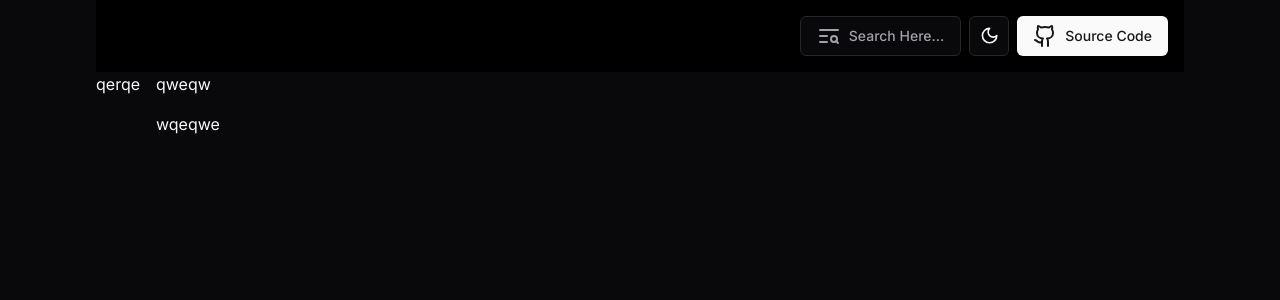
Repository: Young-Dev001/weather-app
Page: /
The author's editor kept a copy of each file at every save. The page is drawn from the files as they stood at one save, then again after the next save.
The browser window is 1280 px wide. The pictures show the whole page.
The page's requests for data from a server got no answer. The project was rebuilt for these pictures with package versions that can differ from the ones it lists, and the page was loaded fresh each time. The framework's server and built-in components were replaced by stand-ins that run in the browser. No one was signed in, and anything a server would have sent is missing. Also part of the build but not shown: next.config.mjs, components/ui/command.tsx.

Above is the page before, as saved 2024-06-10 01:39:23.

### app/layout.tsx
import type { Metadata } from "next";
import "./globals.css";
import { Inter as FontSans } from "next/font/google";
import { ThemeProvider } from "@/providers/theme-provider";

// Assign the font loader to a constant
const inter = FontSans({
  subsets: ["latin"],
  variable: "--font-sans",
});

export const metadata: Metadata = {
  title: "Weather App",
  description: "Generated by create next app",
};

export default function RootLayout({
  children,
}: Readonly<{
  children: React.ReactNode;
}>) {
  return (
    <html lang="en">
      <body className={inter.className}>
        <ThemeProvider
          attribute="class"
          defaultTheme="dark"
          enableSystem
          disableTransitionOnChange
        >
          {children}
        </ThemeProvider>
      </body>
    </html>
  );
}

### app/page.tsx
import Navbar from "@/components/Navbar";
import Image from "next/image";

export default function Home() {
  return (
    <main className="mx-[0rem] lg:mx-[2rem] xl:mx-[6rem] 2xl:mx-[16rem] m-auto">
        <Navbar />
        <div className="pb-4 flex flex-col gap-4 md:flex-row">qerqe
        <div className="flex flex-col gap-4 w-full min-w-[18rem md:w-[35rem]">qweqw
          <div className="flex flex-col">wqeqwe

          </div>
        </div>
        </div>
    </main>
  );
}

### app/globals.css
@tailwind base;
  @tailwind components;
  @tailwind utilities;


  @layer base {
    :root {
      --background: 0 0% 100%;
      --foreground: 240 10% 3.9%;
      --card: 0 0% 100%;
      --card-foreground: 240 10% 3.9%;
      --popover: 0 0% 100%;
      --popover-foreground: 240 10% 3.9%;
      --primary: 240 5.9% 10%;
      --primary-foreground: 0 0% 98%;
      --secondary: 240 4.8% 95.9%;
      --secondary-foreground: 240 5.9% 10%;
      --muted: 240 4.8% 95.9%;
      --muted-foreground: 240 3.8% 46.1%;
      --accent: 240 4.8% 95.9%;
      --accent-foreground: 240 5.9% 10%;
      --destructive: 0 84.2% 60.2%;
      --destructive-foreground: 0 0% 98%;
      --border: 240 5.9% 90%;
      --input: 240 5.9% 90%;
      --ring: 240 5.9% 10%;
      --radius: 0.5rem;
    }

    .dark {
      --background: 240 10% 3.9%;
      --foreground: 0 0% 98%;
      --card: 240 10% 3.9%;
      --card-foreground: 0 0% 98%;
      --popover: 240 10% 3.9%;
      --popover-foreground: 0 0% 98%;
      --primary: 0 0% 98%;
      --primary-foreground: 240 5.9% 10%;
      --secondary: 240 3.7% 15.9%;
      --secondary-foreground: 0 0% 98%;
      --muted: 240 3.7% 15.9%;
      --muted-foreground: 240 5% 64.9%;
      --accent: 240 3.7% 15.9%;
      --accent-foreground: 0 0% 98%;
      --destructive: 0 62.8% 30.6%;
      --destructive-foreground: 0 0% 98%;
      --border: 240 3.7% 15.9%;
      --input: 240 3.7% 15.9%;
      --ring: 240 4.9% 83.9%;
    }
  }


  @layer base {
    * {
      @apply border-border;
    }
    body {
      @apply bg-background text-foreground;
    }
  }

### providers/theme-provider.tsx
"use client"

import * as React from "react"
import { ThemeProvider as NextThemesProvider } from "next-themes"
import { type ThemeProviderProps } from "next-themes/dist/types"
import { GlobalContextProvider } from "@/app/context/globalContext"

export function ThemeProvider({ children, ...props }: ThemeProviderProps) {
  return (
    <NextThemesProvider {...props}>
    <GlobalContextProvider>{children}</GlobalContextProvider>
  </NextThemesProvider>
  );
}

### components/Navbar.tsx
"use client";

import React from 'react';
import { useRouter } from 'next/navigation';
import { github } from '@/app/utils/icons';
import { Button } from './ui/button';
import ThemeDropDown from './ThemeDropDown';
import SearchDialog from './SearchDialog';
import { useGlobalContext } from '@/app/context/globalContext';

function Navbar() {
  const router = useRouter();
  const contextState = useGlobalContext();
  console.log(contextState);

  return (
    <div className="bg-white border-gray-200 dark:bg-black flex items-center justify-between p-4">
      <div className="left">
        {/* Optionally add content here */}
      </div>
      <div className="search-container flex gap-2 ml-auto items-center">
        <SearchDialog />
        <div className="btn-group flex items-center gap-2">
          <ThemeDropDown />
          <Button
            type="button"
            className="source-code flex items-center gap-2"
            onClick={() => router.push("/github")}
          >
            {github} Source Code
          </Button>
        </div>
      </div>
    </div>
  );
}

export default Navbar;

### app/context/globalContext.js
"use client";

import axios from "axios";
import React, { useContext, createContext, useState, useEffect } from "react";

const GlobalContext = createContext();
const GlobalContextUpdate = createContext();

export const GlobalContextProvider = ({ children }) => {
    const [forecast, setForecast] = useState({});

    const fetchForecast = async () => {
        try {
            const res = await axios.get("api/weather");

            setForecast(res.data);

        } catch (error) {
            console.log("Error fetching forecast data: ", error.message);
        }
    };

    useEffect(() => {
        fetchForecast();
    }, []);

    return (
        <GlobalContext.Provider value={{ forecast }}>
            <GlobalContextUpdate.Provider>{children}</GlobalContextUpdate.Provider>
        </GlobalContext.Provider>
    );
};

export const useGlobalContext = () => useContext(GlobalContext);

export const useGlobalContextUpdate = () => useContext(GlobalContextUpdate);

### app/utils/icons.tsx
import { Github, Sun } from "lucide-react";





export const github = <Github />;
export const sun = <Sun />

### components/ui/button.tsx
import * as React from "react"
import { Slot } from "@radix-ui/react-slot"
import { cva, type VariantProps } from "class-variance-authority"

import { cn } from "@/lib/utils"

const buttonVariants = cva(
  "inline-flex items-center justify-center whitespace-nowrap rounded-md text-sm font-medium ring-offset-background transition-colors focus-visible:outline-none focus-visible:ring-2 focus-visible:ring-ring focus-visible:ring-offset-2 disabled:pointer-events-none disabled:opacity-50",
  {
    variants: {
      variant: {
        default: "bg-primary text-primary-foreground hover:bg-primary/90",
        destructive:
          "bg-destructive text-destructive-foreground hover:bg-destructive/90",
        outline:
          "border border-input bg-background hover:bg-accent hover:text-accent-foreground",
        secondary:
          "bg-secondary text-secondary-foreground hover:bg-secondary/80",
        ghost: "hover:bg-accent hover:text-accent-foreground",
        link: "text-primary underline-offset-4 hover:underline",
      },
      size: {
        default: "h-10 px-4 py-2",
        sm: "h-9 rounded-md px-3",
        lg: "h-11 rounded-md px-8",
        icon: "h-10 w-10",
      },
    },
    defaultVariants: {
      variant: "default",
      size: "default",
    },
  }
)

export interface ButtonProps
  extends React.ButtonHTMLAttributes<HTMLButtonElement>,
    VariantProps<typeof buttonVariants> {
  asChild?: boolean
}

const Button = React.forwardRef<HTMLButtonElement, ButtonProps>(
  ({ className, variant, size, asChild = false, ...props }, ref) => {
    const Comp = asChild ? Slot : "button"
    return (
      <Comp
        className={cn(buttonVariants({ variant, size, className }))}
        ref={ref}
        {...props}
      />
    )
  }
)
Button.displayName = "Button"

export { Button, buttonVariants }

### components/ThemeDropDown.tsx
"use client"

import * as React from "react"
import { Moon, Sun } from "lucide-react"
import { useTheme } from "next-themes"

import { Button } from "@/components/ui/button"
import {
  DropdownMenu,
  DropdownMenuContent,
  DropdownMenuItem,
  DropdownMenuTrigger,
} from "@/components/ui/dropdown-menu"


function ThemeDropDown() {
    const { setTheme } = useTheme()
  return (
    <DropdownMenu>
      <DropdownMenuTrigger asChild>
        <Button variant="outline" size="icon">
          <Sun className="h-[1.2rem] w-[1.2rem] rotate-0 scale-100 transition-all dark:-rotate-90 dark:scale-0" />
          <Moon className="absolute h-[1.2rem] w-[1.2rem] rotate-90 scale-0 transition-all dark:rotate-0 dark:scale-100" />
          <span className="sr-only">Toggle theme</span>
        </Button>
      </DropdownMenuTrigger>
      <DropdownMenuContent align="end">
        <DropdownMenuItem onClick={() => setTheme("light")}>
          Light
        </DropdownMenuItem>
        <DropdownMenuItem onClick={() => setTheme("dark")}>
          Dark
        </DropdownMenuItem>
        <DropdownMenuItem onClick={() => setTheme("system")}>
          System
        </DropdownMenuItem>
      </DropdownMenuContent>
    </DropdownMenu>
  )
}

export default ThemeDropDown

### components/SearchDialog.tsx
import {
    Dialog,
    DialogContent,
    DialogDescription,
    DialogHeader,
    DialogTitle,
    DialogTrigger,
  } from "@/components/ui/dialog"

  import {
    Command,
    CommandDialog,
    CommandEmpty,
    CommandGroup,
    CommandInput,
    CommandItem,
    CommandList,
    CommandSeparator,
    CommandShortcut,
  } from "@/components/ui/command"
import { Button } from "./ui/button"
import { TextSearch } from "lucide-react"




function SearchDialog() {
  return (
<Dialog>
  <DialogTrigger asChild>
  <Button
          variant="outline"
          className="border inline-flex items-center justify-center text-sm font-medium ease-in-out duration-200 hover:bg-slate-100 dark:hover:bg-[#0b0b0b]"
        >
          <TextSearch className="mr-2 text-muted-foreground" />  {/* Add the search icon */}
          <p className="text-sm text-muted-foreground">Search Here...</p>
        </Button>

  </DialogTrigger>
  <DialogContent className="p-0">
    <Command>
    <CommandInput placeholder="Type a command or search..." />
    <CommandList>
        <CommandEmpty>No results found.</CommandEmpty>
        <CommandGroup heading="Suggestions">
        <CommandItem>Calendar</CommandItem>
        <CommandItem>Search Emoji</CommandItem>
        <CommandItem>Calculator</CommandItem>
        </CommandGroup>
    </CommandList>
    </Command>
  </DialogContent>

</Dialog>

  )
}

export default SearchDialog

### components/ui/dropdown-menu.tsx
"use client"

import * as React from "react"
import * as DropdownMenuPrimitive from "@radix-ui/react-dropdown-menu"
import { Check, ChevronRight, Circle } from "lucide-react"

import { cn } from "@/lib/utils"

const DropdownMenu = DropdownMenuPrimitive.Root

const DropdownMenuTrigger = DropdownMenuPrimitive.Trigger

const DropdownMenuGroup = DropdownMenuPrimitive.Group

const DropdownMenuPortal = DropdownMenuPrimitive.Portal

const DropdownMenuSub = DropdownMenuPrimitive.Sub

const DropdownMenuRadioGroup = DropdownMenuPrimitive.RadioGroup

const DropdownMenuSubTrigger = React.forwardRef<
  React.ElementRef<typeof DropdownMenuPrimitive.SubTrigger>,
  React.ComponentPropsWithoutRef<typeof DropdownMenuPrimitive.SubTrigger> & {
    inset?: boolean
  }
>(({ className, inset, children, ...props }, ref) => (
  <DropdownMenuPrimitive.SubTrigger
    ref={ref}
    className={cn(
      "flex cursor-default select-none items-center rounded-sm px-2 py-1.5 text-sm outline-none focus:bg-accent data-[state=open]:bg-accent",
      inset && "pl-8",
      className
    )}
    {...props}
  >
    {children}
    <ChevronRight className="ml-auto h-4 w-4" />
  </DropdownMenuPrimitive.SubTrigger>
))
DropdownMenuSubTrigger.displayName =
  DropdownMenuPrimitive.SubTrigger.displayName

const DropdownMenuSubContent = React.forwardRef<
  React.ElementRef<typeof DropdownMenuPrimitive.SubContent>,
  React.ComponentPropsWithoutRef<typeof DropdownMenuPrimitive.SubContent>
>(({ className, ...props }, ref) => (
  <DropdownMenuPrimitive.SubContent
    ref={ref}
    className={cn(
      "z-50 min-w-[8rem] overflow-hidden rounded-md border bg-popover p-1 text-popover-foreground shadow-lg data-[state=open]:animate-in data-[state=closed]:animate-out data-[state=closed]:fade-out-0 data-[state=open]:fade-in-0 data-[state=closed]:zoom-out-95 data-[state=open]:zoom-in-95 data-[side=bottom]:slide-in-from-top-2 data-[side=left]:slide-in-from-right-2 data-[side=right]:slide-in-from-left-2 data-[side=top]:slide-in-from-bottom-2",
      className
    )}
    {...props}
  />
))
DropdownMenuSubContent.displayName =
  DropdownMenuPrimitive.SubContent.displayName

const DropdownMenuContent = React.forwardRef<
  React.ElementRef<typeof DropdownMenuPrimitive.Content>,
  React.ComponentPropsWithoutRef<typeof DropdownMenuPrimitive.Content>
>(({ className, sideOffset = 4, ...props }, ref) => (
  <DropdownMenuPrimitive.Portal>
    <DropdownMenuPrimitive.Content
      ref={ref}
      sideOffset={sideOffset}
      className={cn(
        "z-50 min-w-[8rem] overflow-hidden rounded-md border bg-popover p-1 text-popover-foreground shadow-md data-[state=open]:animate-in data-[state=closed]:animate-out data-[state=closed]:fade-out-0 data-[state=open]:fade-in-0 data-[state=closed]:zoom-out-95 data-[state=open]:zoom-in-95 data-[side=bottom]:slide-in-from-top-2 data-[side=left]:slide-in-from-right-2 data-[side=right]:slide-in-from-left-2 data-[side=top]:slide-in-from-bottom-2",
        className
      )}
      {...props}
    />
  </DropdownMenuPrimitive.Portal>
))
DropdownMenuContent.displayName = DropdownMenuPrimitive.Content.displayName

const DropdownMenuItem = React.forwardRef<
  React.ElementRef<typeof DropdownMenuPrimitive.Item>,
  React.ComponentPropsWithoutRef<typeof DropdownMenuPrimitive.Item> & {
    inset?: boolean
  }
>(({ className, inset, ...props }, ref) => (
  <DropdownMenuPrimitive.Item
    ref={ref}
    className={cn(
      "relative flex cursor-default select-none items-center rounded-sm px-2 py-1.5 text-sm outline-none transition-colors focus:bg-accent focus:text-accent-foreground data-[disabled]:pointer-events-none data-[disabled]:opacity-50",
      inset && "pl-8",
      className
    )}
    {...props}
  />
))
DropdownMenuItem.displayName = DropdownMenuPrimitive.Item.displayName

const DropdownMenuCheckboxItem = React.forwardRef<
  React.ElementRef<typeof DropdownMenuPrimitive.CheckboxItem>,
  React.ComponentPropsWithoutRef<typeof DropdownMenuPrimitive.CheckboxItem>
>(({ className, children, checked, ...props }, ref) => (
  <DropdownMenuPrimitive.CheckboxItem
    ref={ref}
    className={cn(
      "relative flex cursor-default select-none items-center rounded-sm py-1.5 pl-8 pr-2 text-sm outline-none transition-colors focus:bg-accent focus:text-accent-foreground data-[disabled]:pointer-events-none data-[disabled]:opacity-50",
      className
    )}
    checked={checked}
    {...props}
  >
    <span className="absolute left-2 flex h-3.5 w-3.5 items-center justify-center">
      <DropdownMenuPrimitive.ItemIndicator>
        <Check className="h-4 w-4" />
      </DropdownMenuPrimitive.ItemIndicator>
    </span>
    {children}
  </DropdownMenuPrimitive.CheckboxItem>
))
DropdownMenuCheckboxItem.displayName =
  DropdownMenuPrimitive.CheckboxItem.displayName

const DropdownMenuRadioItem = React.forwardRef<
  React.ElementRef<typeof DropdownMenuPrimitive.RadioItem>,
  React.ComponentPropsWithoutRef<typeof DropdownMenuPrimitive.RadioItem>
>(({ className, children, ...props }, ref) => (
  <DropdownMenuPrimitive.RadioItem
    ref={ref}
    className={cn(
      "relative flex cursor-default select-none items-center rounded-sm py-1.5 pl-8 pr-2 text-sm outline-none transition-colors focus:bg-accent focus:text-accent-foreground data-[disabled]:pointer-events-none data-[disabled]:opacity-50",
      className
    )}
    {...props}
  >
    <span className="absolute left-2 flex h-3.5 w-3.5 items-center justify-center">
      <DropdownMenuPrimitive.ItemIndicator>
        <Circle className="h-2 w-2 fill-current" />
      </DropdownMenuPrimitive.ItemIndicator>
    </span>
    {children}
  </DropdownMenuPrimitive.RadioItem>
))
DropdownMenuRadioItem.displayName = DropdownMenuPrimitive.RadioItem.displayName

const DropdownMenuLabel = React.forwardRef<
  React.ElementRef<typeof DropdownMenuPrimitive.Label>,
  React.ComponentPropsWithoutRef<typeof DropdownMenuPrimitive.Label> & {
    inset?: boolean
  }
>(({ className, inset, ...props }, ref) => (
  <DropdownMenuPrimitive.Label
    ref={ref}
    className={cn(
      "px-2 py-1.5 text-sm font-semibold",
      inset && "pl-8",
      className
    )}
    {...props}
  />
))
DropdownMenuLabel.displayName = DropdownMenuPrimitive.Label.displayName

const DropdownMenuSeparator = React.forwardRef<
  React.ElementRef<typeof DropdownMenuPrimitive.Separator>,
  React.ComponentPropsWithoutRef<typeof DropdownMenuPrimitive.Separator>
>(({ className, ...props }, ref) => (
  <DropdownMenuPrimitive.Separator
    ref={ref}
    className={cn("-mx-1 my-1 h-px bg-muted", className)}
    {...props}
  />
))
DropdownMenuSeparator.displayName = DropdownMenuPrimitive.Separator.displayName

const DropdownMenuShortcut = ({
  className,
  ...props
}: React.HTMLAttributes<HTMLSpanElement>) => {
  return (
    <span
      className={cn("ml-auto text-xs tracking-widest opacity-60", className)}
      {...props}
    />
  )
}
DropdownMenuShortcut.displayName = "DropdownMenuShortcut"

export {
  DropdownMenu,
  DropdownMenuTrigger,
  DropdownMenuContent,
  DropdownMenuItem,
  DropdownMenuCheckboxItem,
  DropdownMenuRadioItem,
  DropdownMenuLabel,
  DropdownMenuSeparator,
  DropdownMenuShortcut,
  DropdownMenuGroup,
  DropdownMenuPortal,
  DropdownMenuSub,
  DropdownMenuSubContent,
  DropdownMenuSubTrigger,
  DropdownMenuRadioGroup,
}

### components/ui/dialog.tsx
"use client"

import * as React from "react"
import * as DialogPrimitive from "@radix-ui/react-dialog"
import { X } from "lucide-react"

import { cn } from "@/lib/utils"

const Dialog = DialogPrimitive.Root

const DialogTrigger = DialogPrimitive.Trigger

const DialogPortal = DialogPrimitive.Portal

const DialogClose = DialogPrimitive.Close

const DialogOverlay = React.forwardRef<
  React.ElementRef<typeof DialogPrimitive.Overlay>,
  React.ComponentPropsWithoutRef<typeof DialogPrimitive.Overlay>
>(({ className, ...props }, ref) => (
  <DialogPrimitive.Overlay
    ref={ref}
    className={cn(
      "fixed inset-0 z-50 bg-black/80  data-[state=open]:animate-in data-[state=closed]:animate-out data-[state=closed]:fade-out-0 data-[state=open]:fade-in-0",
      className
    )}
    {...props}
  />
))
DialogOverlay.displayName = DialogPrimitive.Overlay.displayName

const DialogContent = React.forwardRef<
  React.ElementRef<typeof DialogPrimitive.Content>,
  React.ComponentPropsWithoutRef<typeof DialogPrimitive.Content>
>(({ className, children, ...props }, ref) => (
  <DialogPortal>
    <DialogOverlay />
    <DialogPrimitive.Content
      ref={ref}
      className={cn(
        "fixed left-[50%] top-[50%] z-50 grid w-full max-w-lg translate-x-[-50%] translate-y-[-50%] gap-4 border bg-background p-6 shadow-lg duration-200 data-[state=open]:animate-in data-[state=closed]:animate-out data-[state=closed]:fade-out-0 data-[state=open]:fade-in-0 data-[state=closed]:zoom-out-95 data-[state=open]:zoom-in-95 data-[state=closed]:slide-out-to-left-1/2 data-[state=closed]:slide-out-to-top-[48%] data-[state=open]:slide-in-from-left-1/2 data-[state=open]:slide-in-from-top-[48%] sm:rounded-lg",
        className
      )}
      {...props}
    >
      {children}
      <DialogPrimitive.Close className="absolute right-4 top-4 rounded-sm opacity-70 ring-offset-background transition-opacity hover:opacity-100 focus:outline-none focus:ring-2 focus:ring-ring focus:ring-offset-2 disabled:pointer-events-none data-[state=open]:bg-accent data-[state=open]:text-muted-foreground">
        <X className="h-4 w-4" />
        <span className="sr-only">Close</span>
      </DialogPrimitive.Close>
    </DialogPrimitive.Content>
  </DialogPortal>
))
DialogContent.displayName = DialogPrimitive.Content.displayName

const DialogHeader = ({
  className,
  ...props
}: React.HTMLAttributes<HTMLDivElement>) => (
  <div
    className={cn(
      "flex flex-col space-y-1.5 text-center sm:text-left",
      className
    )}
    {...props}
  />
)
DialogHeader.displayName = "DialogHeader"

const DialogFooter = ({
  className,
  ...props
}: React.HTMLAttributes<HTMLDivElement>) => (
  <div
    className={cn(
      "flex flex-col-reverse sm:flex-row sm:justify-end sm:space-x-2",
      className
    )}
    {...props}
  />
)
DialogFooter.displayName = "DialogFooter"

const DialogTitle = React.forwardRef<
  React.ElementRef<typeof DialogPrimitive.Title>,
  React.ComponentPropsWithoutRef<typeof DialogPrimitive.Title>
>(({ className, ...props }, ref) => (
  <DialogPrimitive.Title
    ref={ref}
    className={cn(
      "text-lg font-semibold leading-none tracking-tight",
      className
    )}
    {...props}
  />
))
DialogTitle.displayName = DialogPrimitive.Title.displayName

const DialogDescription = React.forwardRef<
  React.ElementRef<typeof DialogPrimitive.Description>,
  React.ComponentPropsWithoutRef<typeof DialogPrimitive.Description>
>(({ className, ...props }, ref) => (
  <DialogPrimitive.Description
    ref={ref}
    className={cn("text-sm text-muted-foreground", className)}
    {...props}
  />
))
DialogDescription.displayName = DialogPrimitive.Description.displayName

export {
  Dialog,
  DialogPortal,
  DialogOverlay,
  DialogClose,
  DialogTrigger,
  DialogContent,
  DialogHeader,
  DialogFooter,
  DialogTitle,
  DialogDescription,
}

### tailwind.config.ts
/**
 * @type {import('@types/tailwindcss/tailwind-config').TailwindConfig}
 */

import type { Config } from "tailwindcss"
const { fontFamily } = require("tailwindcss/defaultTheme")

const config = {
  darkMode: ["class"],
  content: [
    './pages/**/*.{ts,tsx}',
    './components/**/*.{ts,tsx}',
    './app/**/*.{ts,tsx}',
    './src/**/*.{ts,tsx}',
    "./public/**/*.html",
	],
  prefix: "",
  plugins: [
    require("flowbite/plugin")
  ],
  theme: {
    container: {
      center: true,
      padding: "2rem",
      screens: {
        "2xl": "1400px",
      },
    },
    extend: {
      fontFamily: {
        sans: ["var(--font-sans)", ...fontFamily.sans],
      },
      colors: {
        border: "hsl(var(--border))",
        input: "hsl(var(--input))",
        ring: "hsl(var(--ring))",
        background: "hsl(var(--background))",
        foreground: "hsl(var(--foreground))",
        primary: {
          DEFAULT: "hsl(var(--primary))",
          foreground: "hsl(var(--primary-foreground))",
        },
        secondary: {
          DEFAULT: "hsl(var(--secondary))",
          foreground: "hsl(var(--secondary-foreground))",
        },
        destructive: {
          DEFAULT: "hsl(var(--destructive))",
          foreground: "hsl(var(--destructive-foreground))",
        },
        muted: {
          DEFAULT: "hsl(var(--muted))",
          foreground: "hsl(var(--muted-foreground))",
        },
        accent: {
          DEFAULT: "hsl(var(--accent))",
          foreground: "hsl(var(--accent-foreground))",
        },
        popover: {
          DEFAULT: "hsl(var(--popover))",
          foreground: "hsl(var(--popover-foreground))",
        },
        card: {
          DEFAULT: "hsl(var(--card))",
          foreground: "hsl(var(--card-foreground))",
        },
      },
      borderRadius: {
        lg: "var(--radius)",
        md: "calc(var(--radius) - 2px)",
        sm: "calc(var(--radius) - 4px)",
      },
      keyframes: {
        "accordion-down": {
          from: { height: "0" },
          to: { height: "var(--radix-accordion-content-height)" },
        },
        "accordion-up": {
          from: { height: "var(--radix-accordion-content-height)" },
          to: { height: "0" },
        },
      },
      animation: {
        "accordion-down": "accordion-down 0.2s ease-out",
        "accordion-up": "accordion-up 0.2s ease-out",
      },
    },
  },
  plugins: [require("tailwindcss-animate")],
} satisfies Config

export default config

Loaded but not shown: lib/utils.ts (common file)

After the next save:
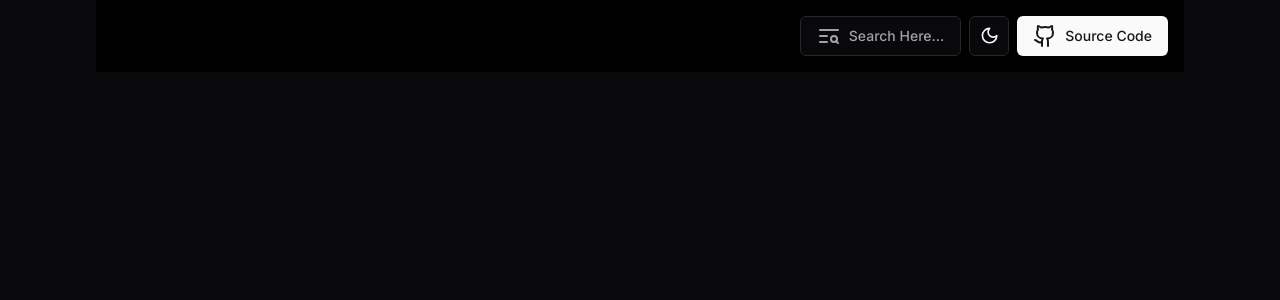
Saved 12 s later.
--- a/app/page.tsx
+++ b/app/page.tsx
@@ -5,9 +5,9 @@ export default function Home() {
   return (
     <main className="mx-[0rem] lg:mx-[2rem] xl:mx-[6rem] 2xl:mx-[16rem] m-auto">
         <Navbar />
-        <div className="pb-4 flex flex-col gap-4 md:flex-row">qerqe
-        <div className="flex flex-col gap-4 w-full min-w-[18rem md:w-[35rem]">qweqw
-          <div className="flex flex-col">wqeqwe
+        <div className="pb-4 flex flex-col gap-4 md:flex-row">
+        <div className="flex flex-col gap-4 w-full min-w-[18rem md:w-[35rem]">
+          <div className="flex flex-col">
 
           </div>
         </div>
